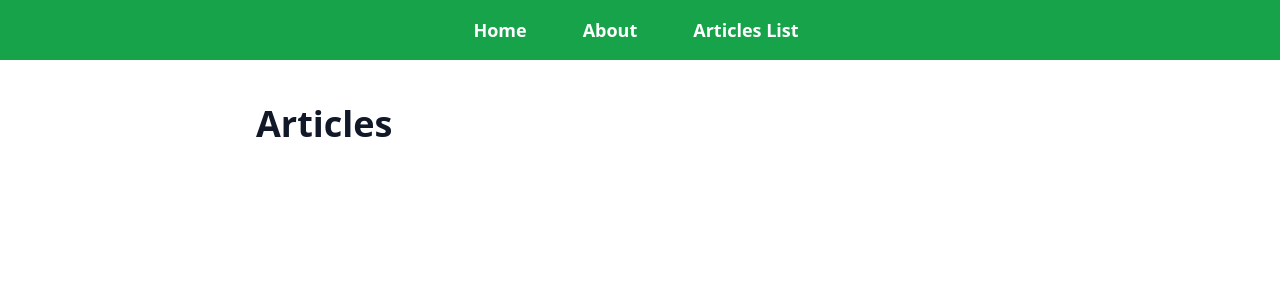
Repository: ymw0331/blog-mern-webapp
Page: /articles-list (app in client/)
The author's editor kept a copy of each file at every save. The page is drawn from the files as they stood at one save, then again after a run of saves.
The browser window is 1280 px wide. The pictures show the whole page.
The project was rebuilt for these pictures with package versions that can differ from the ones it lists, and the page was loaded fresh each time. Also part of the build but not shown: client/src/pages/Home.js, client/src/pages/About.js, client/src/pages/Article.js.

Above is the page before, as saved 2022-12-10 21:19:01.

### client/src/App.js
import { BrowserRouter as Router, Route, Routes } from 'react-router-dom';
// Pages
import Home from './pages/Home';
import About from './pages/About';
import Article from './pages/Article';
import ArticlesList from './pages/ArticlesList';
import Navbar from './components/Navbar';

function App() {
  return (
    <Router>
      <Navbar />
      <div className='max-w-screen-md mx-auto pt-20'>
        <Routes>
          <Route path='/' element={<Home />} />
          <Route path='/about' element={<About />} />
          <Route path='/articles-list' element={<ArticlesList />} />
          <Route path='/article/:name' element={<Article />} />
        </Routes>
      </div>
    </Router>
  );
}

export default App;

### client/src/pages/ArticlesList.js
import React from 'react';
import articleContent from './article-content';

const ArticlesList = () => {
  return (
    <div>
      <h1 className='sm:text-4xl text-2xl font-bold my-6 text-gray-900'>
        Articles
      </h1>
      <div classname='container py-4 mx-auto'>
        <div className='flex flex-wrap -m-4'>
          {articleContent.map((article, index) => (
            <div key={index} className='p-4 md:w-1/2'>
            <div>


            </div>

            </div>
          ))}
        </div>
      </div>
    </div>
  );
};

export default ArticlesList;

### client/src/components/Navbar.js
import React from 'react';
import { Link } from 'react-router-dom';

const Navbar = () => {
  return (
    <nav className='border-b4 border-green-700 text-center fixed top-0 bg-green-600 font-bold w-full text-lg text-white'>
      <ul>
        <li className='inline-block py-4'>
          <Link to='/' className='pl-6 pr-8'>
            Home
          </Link>
        </li>
        <li className='inline-block py-4'>
          <Link to='/about' className='pl-6 pr-8'>
            About
          </Link>
        </li>
        <li className='inline-block py-4'>
          <Link to='/articles-list' className='pl-6 pr-8'>
            Articles List
          </Link>
        </li>
      </ul>
    </nav>
  );
};

export default Navbar;

### client/src/pages/article-content.js
const articles = [
  {
    name: 'learn-react',
    title: 'The Fastest Way to Learn React',
    thumbnail: '/images/blog1.jpeg',
    content: [
      `Welcome! Today we're going to be talking about the fastest way to learn React. Lorem proin congue ligula id risus posuere, vel eleifend ex egestas. Sed in turpis leo. Aliquam malesuada in massa tincidunt egestas. Nam consectetur varius turpis, non porta arcu porttitor non. In tincidunt vulputate nulla quis egestas. Ut eleifend ut ipsum non fringilla. Praesent imperdiet nulla nec est luctus, at sodales purus euismod.`,
      `Donec vel mauris lectus. Etiam nec lectus urna. Sed sodales ultrices dapibus. Nam blandit tristique risus, eget accumsan nisl interdum eu. Aenean ac accumsan nisi. Nunc vel pulvinar diam. Nam eleifend egestas viverra. Donec finibus lectus sed lorem ultricies, eget ornare leo luctus. Morbi vehicula, nulla eu tempor interdum, nibh elit congue tellus, ac vulputate urna lorem nec nisi. Morbi id consequat quam. Vivamus accumsan dui in facilisis aliquet.`,
      `Etiam nec lectus urna. Sed sodales ultrices dapibus. Nam blandit tristique risus, eget accumsan nisl interdum eu. Aenean ac accumsan nisi. Nunc vel pulvinar diam. Nam eleifend egestas viverra. Donec finibus lectus sed lorem ultricies, eget ornare leo luctus. Morbi vehicula, nulla eu tempor interdum, nibh elit congue tellus, ac vulputate urna lorem nec nisi. Morbi id consequat quam. Vivamus accumsan dui in facilisis aliquet.`,
    ],
  },
  {
    name: 'learn-node',
    title: 'How to Build a Node Server in 10 Minutes',
    thumbnail: '/images/blog2.jpeg',
    content: [
      `In this article, we're going to be talking looking at a very quick way to set up a Node.js server. We'll be discussing some topics such as proin congue ligula id risus posuere, vel eleifend ex egestas. Sed in turpis leo. Aliquam malesuada in massa tincidunt egestas. Nam consectetur varius turpis, non porta arcu porttitor non. In tincidunt vulputate nulla quis egestas. Ut eleifend ut ipsum non fringilla. Praesent imperdiet nulla nec est luctus, at sodales purus euismod.`,
      `Donec vel mauris lectus. Etiam nec lectus urna. Sed sodales ultrices dapibus. Nam blandit tristique risus, eget accumsan nisl interdum eu. Aenean ac accumsan nisi. Nunc vel pulvinar diam. Nam eleifend egestas viverra. Donec finibus lectus sed lorem ultricies, eget ornare leo luctus. Morbi vehicula, nulla eu tempor interdum, nibh elit congue tellus, ac vulputate urna lorem nec nisi. Morbi id consequat quam. Vivamus accumsan dui in facilisis aliquet.`,
      `Etiam nec lectus urna. Sed sodales ultrices dapibus. Nam blandit tristique risus, eget accumsan nisl interdum eu. Aenean ac accumsan nisi. Nunc vel pulvinar diam. Nam eleifend egestas viverra. Donec finibus lectus sed lorem ultricies, eget ornare leo luctus. Morbi vehicula, nulla eu tempor interdum, nibh elit congue tellus, ac vulputate urna lorem nec nisi. Morbi id consequat quam. Vivamus accumsan dui in facilisis aliquet.`,
    ],
  },
  {
    name: 'my-thoughts-on-learning-react',
    title: 'My Thoughts on Learning ReactJS',
    thumbnail: '/images/blog3.jpeg',
    content: [
      `Today is the day I talk about something which scares most people: Learning ReactJS. In reality, I'm not sure why people have such a hard time with Learning ReactJS ligula id risus posuere, vel eleifend ex egestas. Sed in turpis leo. Aliquam malesuada in massa tincidunt egestas. Nam consectetur varius turpis, non porta arcu porttitor non. In tincidunt vulputate nulla quis egestas. Ut eleifend ut ipsum non fringilla. Praesent imperdiet nulla nec est luctus, at sodales purus euismod.`,
      `Donec vel mauris lectus. Etiam nec lectus urna. Sed sodales ultrices dapibus. Nam blandit tristique risus, eget accumsan nisl interdum eu. Aenean ac accumsan nisi. Nunc vel pulvinar diam. Nam eleifend egestas viverra. Donec finibus lectus sed lorem ultricies, eget ornare leo luctus. Morbi vehicula, nulla eu tempor interdum, nibh elit congue tellus, ac vulputate urna lorem nec nisi. Morbi id consequat quam. Vivamus accumsan dui in facilisis aliquet.`,
      `Etiam nec lectus urna. Sed sodales ultrices dapibus. Nam blandit tristique risus, eget accumsan nisl interdum eu. Aenean ac accumsan nisi. Nunc vel pulvinar diam. Nam eleifend egestas viverra. Donec finibus lectus sed lorem ultricies, eget ornare leo luctus. Morbi vehicula, nulla eu tempor interdum, nibh elit congue tellus, ac vulputate urna lorem nec nisi. Morbi id consequat quam. Vivamus accumsan dui in facilisis aliquet.`,
    ],
  },
];
export default articles;

Loaded but not shown: client/public/index.html (common file); client/src/index.js (common file); client/src/index.css (common file); client/src/reportWebVitals.js (common file); client/tailwind.config.js (common file)

After the next 2 saves:
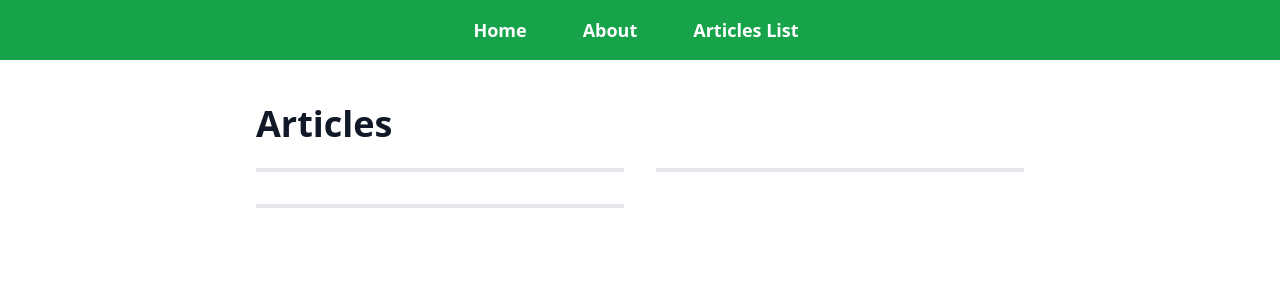
The 2 saves are shown as one change because they came seconds apart.
The last was saved 13 s later.
--- a/client/src/pages/ArticlesList.js
+++ b/client/src/pages/ArticlesList.js
@@ -11,7 +11,7 @@ const ArticlesList = () => {
         <div className='flex flex-wrap -m-4'>
           {articleContent.map((article, index) => (
             <div key={index} className='p-4 md:w-1/2'>
-            <div>
+            <div className='h-full border-2 border-gray'>
 
 
             </div>
